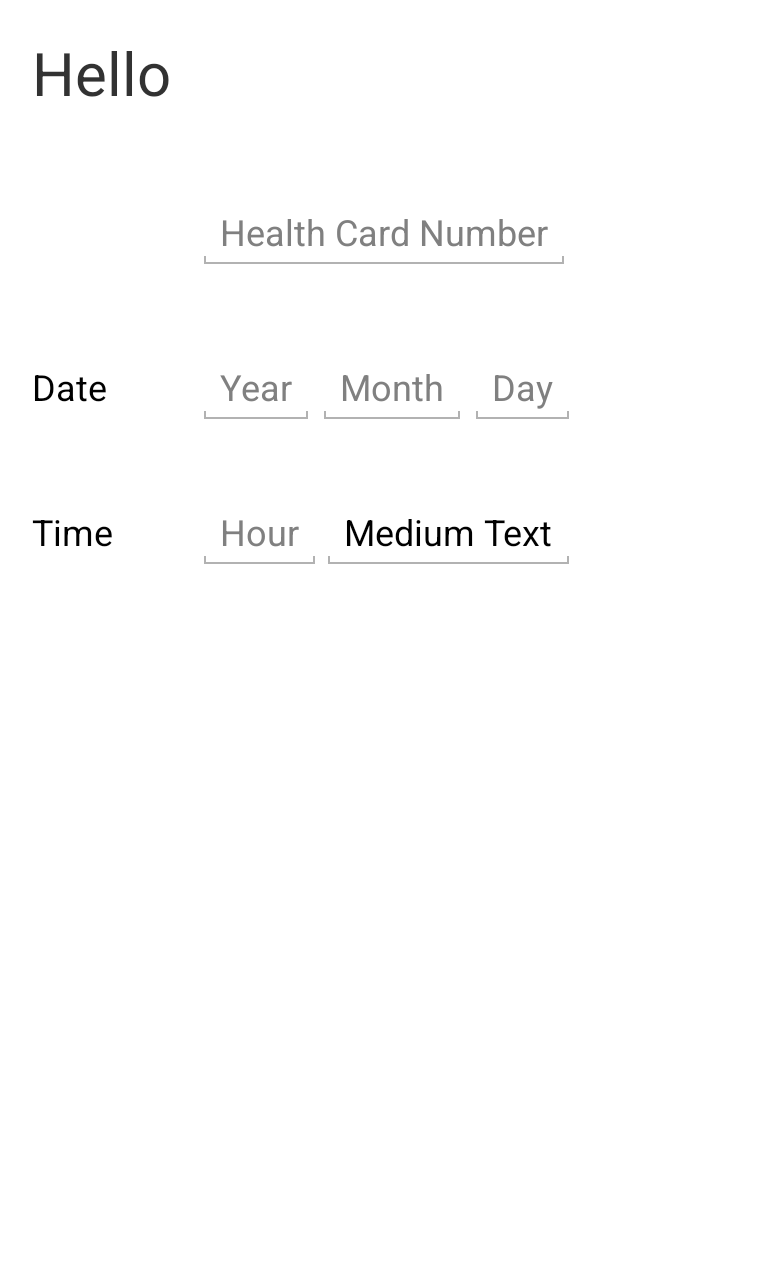
Repository: wangyuan0915/ER
Layout: workspace2/phase3/res/layout/activity_check_time.xml
The author's editor kept a copy of each file at every save. The layout is drawn from the files as they stood at one save, then again after the next save.
It is drawn on a 768 x 1280 px phone screen (xhdpi) without system bars, with theme AppTheme; the app's code is not run.

Above is the layout before, as saved 2013-11-25 04:20:33.

### workspace2/phase3/res/layout/activity_check_time.xml
<RelativeLayout xmlns:android="http://schemas.android.com/apk/res/android"
    xmlns:tools="http://schemas.android.com/tools"
    android:layout_width="match_parent"
    android:layout_height="match_parent"
    android:paddingBottom="@dimen/activity_vertical_margin"
    android:paddingLeft="@dimen/activity_horizontal_margin"
    android:paddingRight="@dimen/activity_horizontal_margin"
    android:paddingTop="@dimen/activity_vertical_margin"
    tools:context=".CheckTimeActivity" >

    <TextView
        android:id="@+id/hello2"
        android:layout_width="wrap_content"
        android:layout_height="wrap_content"
        android:text="@string/Hello"
        android:textSize="30sp" />

    <EditText
        android:id="@+id/healthnum"
        android:layout_width="wrap_content"
        android:layout_height="wrap_content"
        android:layout_below="@+id/hello2"
        android:layout_centerHorizontal="true"
        android:layout_marginTop="40dp"
        android:hint="@string/Health_Card_Number"
        android:textAppearance="?android:attr/textAppearanceMedium" />

    <TextView
        android:id="@+id/date1"
        android:layout_width="wrap_content"
        android:layout_height="wrap_content"
        android:layout_alignLeft="@+id/hello2"
        android:layout_below="@+id/healthnum"
        android:layout_marginTop="45dp"
        android:text="@string/Date"
        android:textAppearance="?android:attr/textAppearanceMedium" />

    <EditText
        android:id="@+id/year1"
        android:layout_width="wrap_content"
        android:layout_height="wrap_content"
        android:layout_alignBaseline="@+id/date1"
        android:layout_alignBottom="@+id/date1"
        android:layout_alignLeft="@+id/healthnum"
        android:inputType="number"
        android:hint="@string/Year"
        android:textAppearance="?android:attr/textAppearanceMedium" />

    <EditText
        android:id="@+id/month1"
        android:layout_width="wrap_content"
        android:layout_height="wrap_content"
        android:layout_alignBaseline="@+id/year1"
        android:layout_alignBottom="@+id/year1"
        android:layout_toRightOf="@+id/year1"
        android:inputType="number"
        android:hint="@string/Month"
        android:textAppearance="?android:attr/textAppearanceMedium" />

    <EditText
        android:id="@+id/day1"
        android:layout_width="wrap_content"
        android:layout_height="wrap_content"
        android:layout_alignBaseline="@+id/month1"
        android:layout_alignBottom="@+id/month1"
        android:layout_toRightOf="@+id/month1"
        android:inputType="number"
        android:hint="@string/Day"
        android:textAppearance="?android:attr/textAppearanceMedium" />

    <TextView
        android:id="@+id/time1"
        android:layout_width="wrap_content"
        android:layout_height="wrap_content"
        android:layout_alignLeft="@+id/date1"
        android:layout_below="@+id/year1"
        android:layout_marginTop="40dp"
        android:text="@string/Time"
        android:textAppearance="?android:attr/textAppearanceMedium" />

    <EditText
        android:id="@+id/hour1"
        android:layout_width="wrap_content"
        android:layout_height="wrap_content"
        android:layout_alignBaseline="@+id/time1"
        android:layout_alignBottom="@+id/time1"
        android:layout_alignLeft="@+id/year1"
        android:hint="@string/Hour"
        android:inputType="number"
        android:textAppearance="?android:attr/textAppearanceMedium" />

    <EditText
        android:id="@+id/minute1"
        android:layout_width="wrap_content"
        android:layout_height="wrap_content"
        android:layout_alignBaseline="@+id/hour1"
        android:layout_alignBottom="@+id/hour1"
        android:layout_alignRight="@+id/day1"
        android:text="Medium Text"
        android:textAppearance="?android:attr/textAppearanceMedium" />

</RelativeLayout>

### workspace2/phase3/res/values/strings.xml
<?xml version="1.0" encoding="utf-8"?>
<resources>

    <string name="app_name">phase3</string>
    <string name="action_settings">Settings</string>
    <string name="hello_world">Hello world!</string>
    <string name="Login">Login</string>
    <string name="username">username</string>
    <string name="password">password</string>
    <string name="Nurse">Nurse</string>
    <string name="Physician">Physician</string>
    <string name="login">login</string>
    <string name="title_activity_choice">ChoiceActivity</string>
    <string name="title_activity_physician__choice">Physician_ChoiceActivity</string>
    <string name="Hello">Hello</string>
    <string name="Add_a_new_patient">Add a new patient</string>
    <string name="Add_VitalSign">Add VitalSign</string>
    <string name="title_activity_new_patient">NewPatientActivity</string>
    <string name="title_activity_add_vital_sign">AddVitalSignActivity</string>
    <string name="New_Patient">New Patient</string>
    <string name="patient_name">patient\'s name</string>
    <string name="Health_Card_Number">Health Card Number</string>
    <string name="Birthday">Birthday</string>
    <string name="Year">Year</string>
    <string name="Month">Month</string>
    <string name="Day">Day</string>
    <string name="Date">Date</string>
    <string name="Time">Time</string>
    <string name="Hour">Hour</string>
    <string name="Minute">Minute</string>
    <string name="Submit">Submit</string>
    <string name="VitalSign">VitalSign</string>
    <string name="Temperature">Temperature</string>
    <string name="Systolic">Systolic</string>
    <string name="Diastolic">Diastolic</string>
    <string name="Heartrate">Heartrate</string>
    <string name="View_Patient_Record">View Patient\'s Record</string>
    <string name="Add_Prescription">Add Prescription</string>
    <string name="title_activity_view_patient_record">ViewPatientRecord</string>
    <string name="title_activity_add_prescription">AddPrescription</string>
    <string name="Medication">Medication</string>
    <string name="Instruction">Instruction</string>
    <string name="Urgency_List">Urgency List</string>
    <string name="Record_check_in_time">Record Check-inTime</string>
    <string name="title_activity_urgency_list">UrgencyListActivity</string>
    <string name="title_activity_check_time">CheckTimeActivity</string>

</resources>

Loaded but not shown: workspace2/phase3/res/values/styles.xml (common file); workspace2/phase3/res/values-v11/styles.xml (common file); workspace2/phase3/res/values-v14/styles.xml (common file); workspace2/phase3/res/values/dimens.xml (common file)

After the next save:
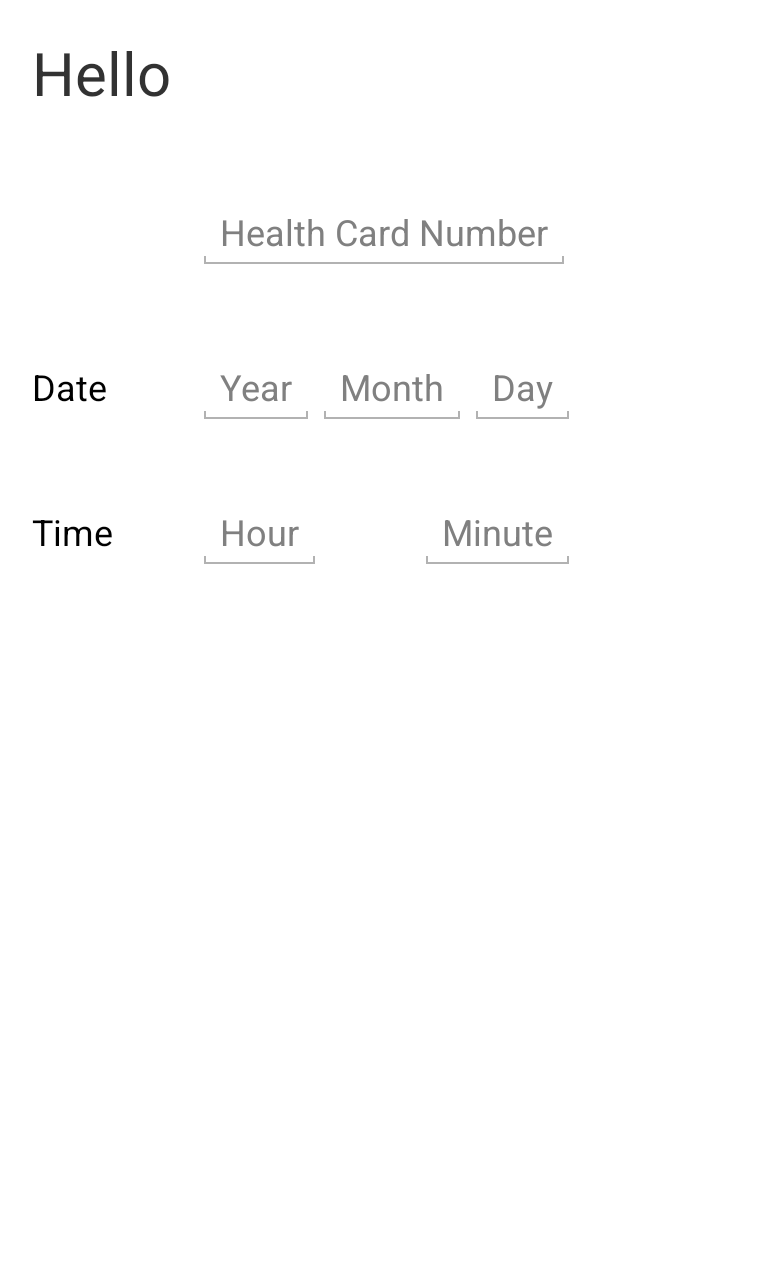
Saved 18 s later.
--- a/workspace2/phase3/res/layout/activity_check_time.xml
+++ b/workspace2/phase3/res/layout/activity_check_time.xml
@@ -96,7 +96,7 @@
         android:layout_alignBaseline="@+id/hour1"
         android:layout_alignBottom="@+id/hour1"
         android:layout_alignRight="@+id/day1"
-        android:text="Medium Text"
+        android:hint="@string/Minute"
         android:textAppearance="?android:attr/textAppearanceMedium" />
 
 </RelativeLayout>
